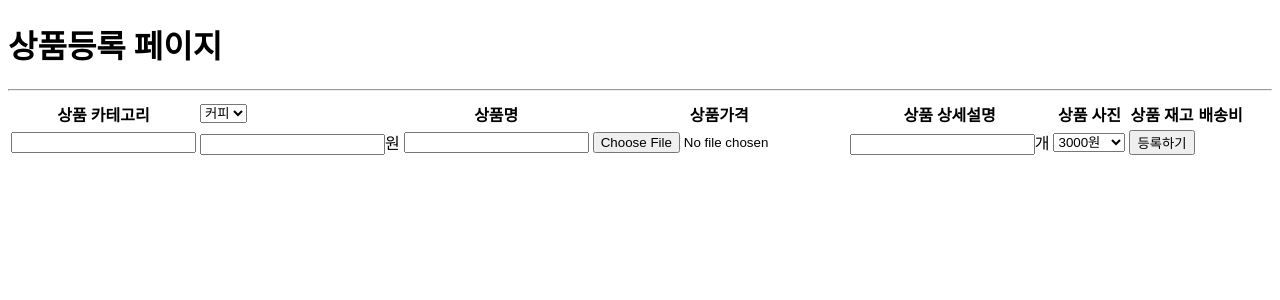
Repository: HJK0000/shoppingMallPrj
Page: http://localhost/shoppingMall/WEB-INF/views/admin/productRegistForm.jsp
An editor plug-in stored every save of this project. The page is shown before and after the next save, followed by the edit.
The browser window is 1280 px wide. The pictures show the whole page.
The page is served by Tomcat 10. Nobody is signed in. Other server files are loaded and not shown. The template is opened directly, without the code that normally fills it, so the values that code supplies are empty.

Above is the page before, as saved 2024-05-29 03:27:12.
Console error: SyntaxError: Invalid or unexpected token

### shoppingMall/src/main/webapp/WEB-INF/views/admin/productRegistForm.jsp
<%@ page language="java" contentType="text/html; charset=UTF-8"
	pageEncoding="UTF-8"%>
<%@ taglib prefix="c" uri="http://java.sun.com/jsp/jstl/core"%>
<!DOCTYPE html>
<html lang="en">
<head>
<meta charset="UTF-8">
<meta name="viewport" content="width=device-width, initial-scale=1.0">
<title>상품등록 페이지</title>
<script src="https://code.jquery.com/jquery-3.7.1.js"
	integrity="sha256-eKhayi8LEQwp4NKxN+CfCh+3qOVUtJn3QNZ0TciWLP4="
	crossorigin="anonymous"></script>
<style>
</style>
</head>
<body>
	<h1>상품등록 페이지</h1>
	<hr>

	<form name="frm" method="post" enctype="multipart/form-data">
		<table board="1">
			<tr>
				<th>상품 카테고리</th>
				<td><select id="sortOptions"><option value="coffee">커피</option></select></td>
				<th>상품명</th>
				<th>상품가격</th>
				<th>상품 상세설명</th>
				<th>상품 사진</th>
				<th>상품 재고</th>
				<th>배송비</th>
			</tr>
			</thead>
			<tbody>
				<tr>

					<td><input type="text" name="pname" required="required"></td>
					<td><input type="text" name="pprice" required="required">원</td>
					<td><input type="text" name="pinfo" required="required"></td>
					<td><input type="file" name="file"></td>
					<td><input type="text" name="stock_count" required="required">개</td>
					<td><select id="sortOptions"><option value="3000원">3000원</option>
							<option value="무료배송">무료배송</option></select></td>
					<td><input type="submit" value="등록하기" onclick="submitForm2()" /></td>
				</tr>
			</tbody>
		</table>
	</form>
	<div id="demo"></div>
	<script>
		function submitForm(){
			alert("submit....");
			var form = document.forms['frm'];
			var formData = new FormData(form);

			$.ajax({

				type : "post",
				enctype : "multipart/form-data",
				url : [[@/product/regist]],
				data : formData,
				dataType : 'json',
				processData : false,
				contentType : false,
				cache : false,
				success : function(data){

					console.log("success : ", data);


				},
				error : function(e){

					console.log("error : ", e);

				}

			});
		}





		}

	</script>
</body>
</html>

After the next save:
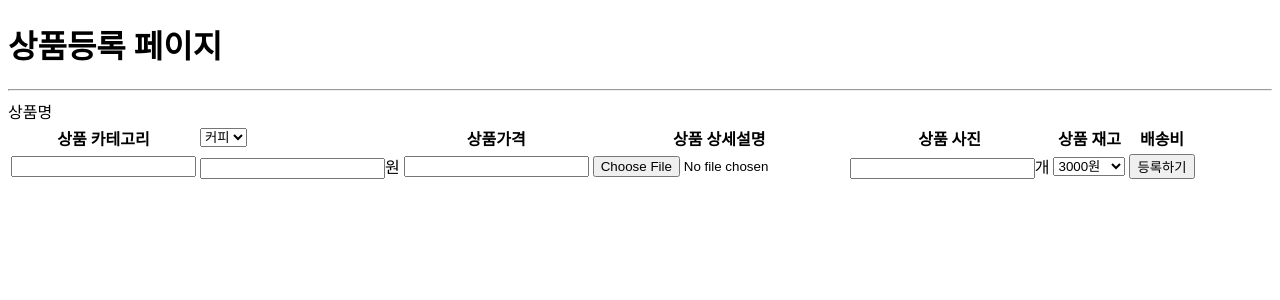
Saved 14 s later.
--- a/shoppingMall/src/main/webapp/WEB-INF/views/admin/productRegistForm.jsp
+++ b/shoppingMall/src/main/webapp/WEB-INF/views/admin/productRegistForm.jsp
@@ -22,6 +22,7 @@
 			<tr>
 				<th>상품 카테고리</th>
 				<td><select id="sortOptions"><option value="coffee">커피</option></select></td>
+				</
 				<th>상품명</th>
 				<th>상품가격</th>
 				<th>상품 상세설명</th>
